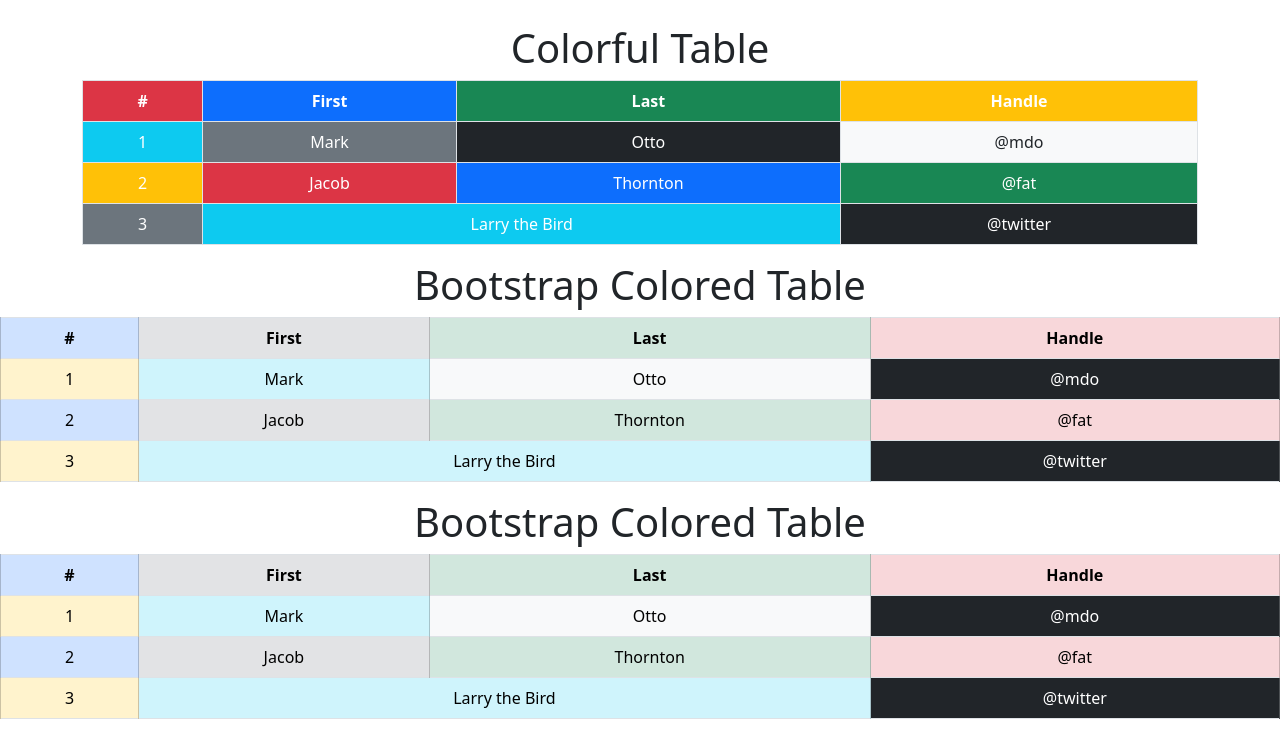
Repository: arunyerram/Web-TEChnologies
Page: BootstrapTables.html
These files come from the project's save history. The page is drawn as it stood at one moment and after a run of saves; the edit follows.
The browser window is 1280 px wide. The pictures show the whole page.

Above is the page before, as saved 2025-02-21 12:17:59.

### BootstrapTables.html
<!DOCTYPE html>
<html lang="en">
<head>
    <meta charset="UTF-8">
    <meta name="viewport" content="width=device-width, initial-scale=1.0">
    <title>Colorful Table</title>
    <link href="https://cdn.jsdelivr.net/npm/bootstrap@5.3.3/dist/css/bootstrap.min.css" rel="stylesheet">
    <script src="https://cdn.jsdelivr.net/npm/bootstrap@5.3.3/dist/js/bootstrap.bundle.min.js"></script>
    <style>
        table {
            border-collapse: collapse;
            width: 100%;
        }
        th, td {
            padding: 10px;
            text-align: center;
        }
        .table-custom th, .table-custom td {
            color: white;
        }
    </style>
</head>
<body>
    <div class="container mt-4">
        <h1 class="text-center">Colorful Table</h1>
        <table class="table table-bordered table-custom">
            <thead>
                <tr>
                    <th class="bg-danger">#</th>
                    <th class="bg-primary">First</th>
                    <th class="bg-success">Last</th>
                    <th class="bg-warning">Handle</th>
                </tr>
            </thead>
            <tbody>
                <tr>
                    <td class="bg-info">1</td>
                    <td class="bg-secondary">Mark</td>
                    <td class="bg-dark">Otto</td>
                    <td class="bg-light text-dark">@mdo</td>
                </tr>
                <tr>
                    <td class="bg-warning">2</td>
                    <td class="bg-danger">Jacob</td>
                    <td class="bg-primary">Thornton</td>
                    <td class="bg-success">@fat</td>
                </tr>
                <tr>
                    <td class="bg-secondary">3</td>
                    <td class="bg-info" colspan="2">Larry the Bird</td>
                    <td class="bg-dark">@twitter</td>
                </tr>
            </tbody>
        </table>
    </div>


    <h1 class="text-center">Bootstrap Colored Table</h1>
        <table class="table table-bordered">
            <thead>
                <tr>
                    <th class="table-primary">#</th>
                    <th class="table-secondary">First</th>
                    <th class="table-success">Last</th>
                    <th class="table-danger">Handle</th>
                </tr>
            </thead>
            <tbody>
                <tr>
                    <td class="table-warning">1</td>
                    <td class="table-info">Mark</td>
                    <td class="table-light">Otto</td>
                    <td class="table-dark text-white">@mdo</td>
                </tr>
                <tr>
                    <td class="table-primary">2</td>
                    <td class="table-secondary">Jacob</td>
                    <td class="table-success">Thornton</td>
                    <td class="table-danger">@fat</td>
                </tr>
                <tr>
                    <td class="table-warning">3</td>
                    <td class="table-info" colspan="2">Larry the Bird</td>
                    <td class="table-dark text-white">@twitter</td>
                </tr>
            </tbody>
        </table>

        <h1 class="text-center">Bootstrap Colored Table</h1>
        <table class="table table-bordered">
            <thead>
                <tr>
                    <th class="table-primary">#</th>
                    <th class="table-secondary">First</th>
                    <th class="table-success">Last</th>
                    <th class="table-danger">Handle</th>
                </tr>
            </thead>
            <tbody>
                <tr>
                    <td class="table-warning">1</td>
                    <td class="table-info">Mark</td>
                    <td class="table-light">Otto</td>
                    <td class="table-dark text-white">@mdo</td>
                </tr>
                <tr>
                    <td class="table-primary">2</td>
                    <td class="table-secondary">Jacob</td>
                    <td class="table-success">Thornton</td>
                    <td class="table-danger">@fat</td>
                </tr>
                <tr>
                    <td class="table-warning">3</td>
                    <td class="table-info" colspan="2">Larry the Bird</td>
                    <td class="table-dark text-white">@twitter</td>
                </tr>
            </tbody>
        </table>
</body>
</html>

After the next 3 saves:
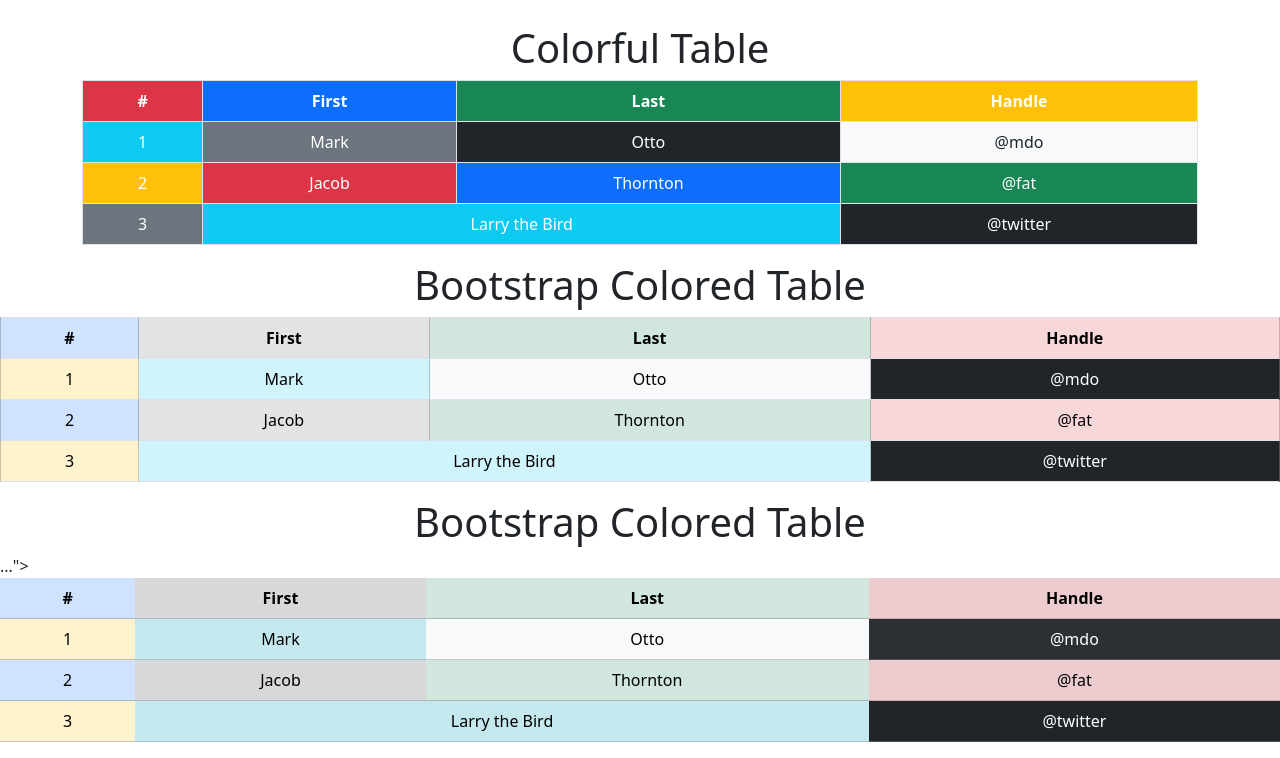
The 3 saves are shown as one change because they came seconds apart.
The last was saved 13 s later.
--- a/BootstrapTables.html
+++ b/BootstrapTables.html
@@ -87,7 +87,8 @@
         </table>
 
         <h1 class="text-center">Bootstrap Colored Table</h1>
-        <table class="table table-bordered">
+        <table class="table table-dark table-striped-columns">
+  ...">
             <thead>
                 <tr>
                     <th class="table-primary">#</th>
